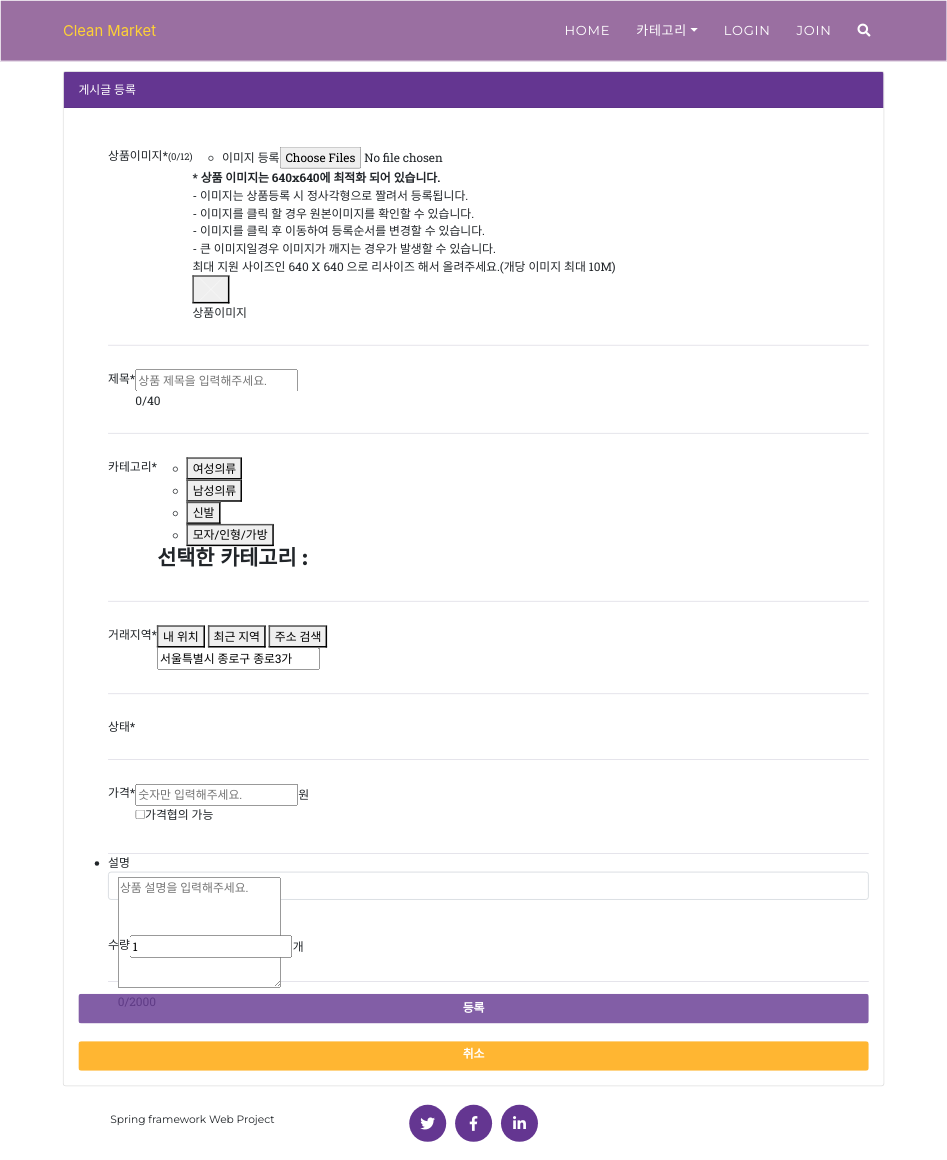
Repository: mim-mim-ji/Cleanmarket_web
Page: http://localhost/CleanMarket/WEB-INF/views/item/write.jsp
These files come from the project's save history. The page is drawn as it stood at one moment and after the next save; the edit follows.
The browser window is 1280 px wide. The pictures show the whole page, at 74% of full size.
Some web fonts or font styles are not loaded; a fallback is used. The page is served by Tomcat 9. Nobody is signed in. Other server files are loaded and not shown. The template is opened directly, without the code that normally fills it, so the values that code supplies are empty.

Above is the page before, as saved 2021-03-21 01:49:44.

### CleanMarket/src/main/webapp/WEB-INF/views/item/write.jsp
<%@ page language="java" contentType="text/html; charset=UTF-8"
	pageEncoding="UTF-8"%>
<%@ taglib prefix="c" uri="http://java.sun.com/jsp/jstl/core"%>
<%@ taglib prefix="fmt" uri="http://java.sun.com/jsp/jstl/fmt"%>
<jsp:include page="../include/header.jsp" />

<style>
header.masthead {
	display: none;
}

.bphXry {
	width: 100%;
	display: flex;
	padding: 2rem 0px;
	border-bottom: 1px solid rgb(220, 219, 228);
}
</style>
<br>
<br>

<div class="container">
	<div class="row">
		<div class="col-lg-12">
			<div class="card">
				<div class="card-header text-white"
					style="background-color: #643691;">게시글 등록</div>
				<div class="card-body">

					<form role="form" method="post">
						<ul class="form-group">
							<li class="sc-gxbSSY bphXry">
								<div class="form-group">
									상품이미지<span>*</span><small>(0/12)</small>
								</div>
								<div class="sc-hhaNoI buTCOV">
									<ul class="sc-gKLXLV KuQhq">
										<li class="sc-bvCTgw erFeQZ">이미지 등록<input type="file"
											accept="image/jpg, image/jpeg, image/png" multiple=""></li>

									</ul>
									<div class="sc-fjdPjP iozzGC">
										<b>* 상품 이미지는 640x640에 최적화 되어 있습니다.</b><br>- 이미지는 상품등록 시
										정사각형으로 짤려서 등록됩니다.<br>- 이미지를 클릭 할 경우 원본이미지를 확인할 수 있습니다.<br>-
										이미지를 클릭 후 이동하여 등록순서를 변경할 수 있습니다.<br>- 큰 이미지일경우 이미지가 깨지는
										경우가 발생할 수 있습니다.<br>최대 지원 사이즈인 640 X 640 으로 리사이즈 해서
										올려주세요.(개당 이미지 최대 10M)
									</div>
									<div class="sc-cIShpX RfNBn">
										<div class="sc-kAKrxA YsblG">
											<button type="button" class="sc-lhLRcH fHQqnG">
												<img
													src="data:[embedded picture, 982 characters]"
													width="34" height="32" alt="닫기 버튼 아이콘">
											</button>
											<div class="sc-jMtzgO hudRNW">
												<div class="sc-ccvjgv bGmXLy">상품이미지</div>
												<div class="sc-ccbnFN fgfXKY"></div>
												<div class="sc-hSmEHG iwDjAi"></div>
											</div>
										</div>
									</div>
								</div>
							</li>
							<li class="sc-gxbSSY bphXry"><div class="sc-bXopBW gxnpCB">
									제목<span>*</span>
								</div>
								<div class="sc-hhaNoI buTCOV">
									<div class="sc-hokXgN hcrSpf">
										<div class="sc-gneEKw dBgbVT">
											<input type="text" placeholder="상품 제목을 입력해주세요."
												class="sc-fxmata iPXQwc" value="">
										</div>
										<div class="sc-boCWhm hBajsm">0/40</div>
									</div>
								</div></li>
							<li class="sc-gxbSSY bphXry"><div class="sc-bXopBW DTAYM">
									카테고리<span>*</span>
								</div>
								<div class="sc-hhaNoI buTCOV">
									<div class="sc-hXhGGG XXBMH">
										<div class="sc-hTQSVH fXYJYf">
											<ul class="sc-dWcDbm hRPYLZ">
												<li class="sc-esExBO bmEHfy"><button type="button"
														class="sc-ctwKVn dPmldx">여성의류</button></li>
												<li class="sc-esExBO bmEHfy"><button type="button"
														class="sc-ctwKVn dPmldx">남성의류</button></li>
												<li class="sc-esExBO bmEHfy"><button type="button"
														class="sc-ctwKVn dPmldx">신발</button></li>
												<li class="sc-esExBO bmEHfy"><button type="button"
														class="sc-ctwKVn dPmldx">모자/인형/가방</button></li>
											</ul>
										</div>
									</div>
									<h3 class="sc-csZoYU ljyWET">
										선택한 카테고리 : <b></b>
									</h3>
								</div></li>
							<li class="sc-gxbSSY bphXry"><div class="sc-bXopBW gxnpCB">
									거래지역<span>*</span>
								</div>
								<div class="sc-hhaNoI buTCOV">
									<div class="sc-cIsjWt etcNyM">
										<button type="button" class="sc-hQfrgq hHQBYf">내 위치</button>
										<button type="button" class="sc-hQfrgq hHQBYf">최근 지역</button>
										<button type="button" class="sc-hQfrgq hHQBYf">주소 검색</button>
									</div>
									<input readonly="" placeholder="선호 거래 지역을 검색해주세요."
										class="sc-OnmeF jNsyep" value="서울특별시 종로구 종로3가">
								</div></li>
							<li class="sc-gxbSSY bphXry"><div class="sc-bXopBW drMtcr">
									상태<span>*</span>
								</div>
							<li class="sc-gxbSSY bphXry"><div class="sc-bXopBW gxnpCB">
									가격<span>*</span>
								</div>
								<div class="sc-hhaNoI buTCOV">
									<div class="sc-fxMfqs hGKuJO">
										<input type="text" placeholder="숫자만 입력해주세요."
											class="sc-rzOft lfkNaQ" value="">원
									</div>
									<div class="sc-eIvgmF fxEngV">
										<div class="sc-jklikK htQzEY">
											<label for="contactHope" class="sc-bkypNX gHNpNK"><input
												id="contactHope" type="checkbox">가격협의 가능</label>
										</div>
									</div>
								</div></li>
							<li class="form-group"><div class="">설명</div>
								<div class="form-control">
									<textarea placeholder="상품 설명을 입력해주세요." rows="6"
										class="sc-izfUZz eEjZnV"></textarea>
									<div class="sc-eqGige gTqRab">
										<div class="sc-kUQWMX giYAKW">0/2000</div>
									</div>
								</div></li>

							<li class="sc-gxbSSY bphXry"><div class="sc-bXopBW drMtcr">수량</div>
								<div class="sc-hhaNoI buTCOV">
									<div class="sc-bCQtTp iMJgK">
										<input type="text" class="sc-dcmekm efHtaL" value="1">개
									</div>
								</div></li>
						</ul>
						<input type="submit" value="등록" class="btn form-control"
							style="background-color: #643691; margin-top: 0; height: 40px; color: white; border: 0px solid #f78f24; opacity: 0.8">
						&nbsp;&nbsp; <a class="btn form-control"
							href="<c:url value='/board/list'/>"
							style="cursor: pointer; margin-top: 0; height: 40px; color: white; background-color: orange; border: 0px solid #388E3C; opacity: 0.8">취소</a>
					</form>
				</div>
			</div>
		</div>
	</div>
</div>
<jsp:include page="../include/footer.jsp" />

### CleanMarket/src/main/webapp/WEB-INF/views/include/header.jsp
<%@ page language="java" contentType="text/html; charset=UTF-8"
	pageEncoding="UTF-8"%>
<%@ taglib prefix="c" uri="http://java.sun.com/jsp/jstl/core"%>
<!DOCTYPE html>
<html lang="ko">
<head>

<meta charset="UTF-8">
<meta content="width=device-width, initial-scale=1.0" name="viewport">
<meta content="" name="description">
<meta content="" name="keywords">

<title>CleanMarket</title>


<!-- Bootstrap core CSS -->
  <link rel="stylesheet" href="<c:url value='/vendor/bootstrap/css/bootstrap.min.css'/>">

  <!-- Custom fonts for this template -->
  <link rel="stylesheet" type="text/css" href="<c:url value='/vendor/fontawesome-free/css/all.min.css'/>" >
  <link href="https://fonts.googleapis.com/css?family=Montserrat:400,700" rel="stylesheet" type="text/css">
  <link href='https://fonts.googleapis.com/css?family=Kaushan+Script' rel='stylesheet' type='text/css'>
  <link href='https://fonts.googleapis.com/css?family=Droid+Serif:400,700,400italic,700italic' rel='stylesheet' type='text/css'>
  <link href='https://fonts.googleapis.com/css?family=Roboto+Slab:400,100,300,700' rel='stylesheet' type='text/css'>

  <!-- Custom styles for this template -->
  <link rel="stylesheet" href="<c:url value='/css/agency.min.css'/>" >

  <!-- Bootstrap core JavaScript -->
  <script src="<c:url value='/vendor/jquery/jquery.min.js'/>"></script>
  <script src="<c:url value='/vendor/bootstrap/js/bootstrap.bundle.min.js'/>"></script>


  <!-- Plugin JavaScript -->
  <script src="<c:url value='/vendor/jquery-easing/jquery.easing.min.js'/>"></script>
  <script type="text/javascript" src="https://cdn.jsdelivr.net/jquery.validation/1.16.0/jquery.validate.min.js"></script>

  <!-- Contact form JavaScript -->
  <script src="<c:url value='/js/jqBootstrapValidation.js'/>"></script>

</head>

<body id="page-top">


	<!-- Navigation -->
  <nav class="navbar navbar-expand-lg navbar-light fixed-top" id="mainNav">
    <div class="container">
      <a class="navbar-brand" href="/cleanmarket">
      	Clean Market
      </a>
      <button class="navbar-toggler navbar-toggler-right" type="button" data-toggle="collapse" data-target="#navbarResponsive">
        메뉴
        <i class="fas fa-bars"></i>
      </button>

      <div class="collapse navbar-collapse" id="navbarResponsive">
        <ul class="navbar-nav text-uppercase ml-auto">
          <li class="nav-item">
            <a class="nav-link js-scroll-trigger" href="/cleanmarket">HOME</a>
          </li>

          <li class="nav-item dropdown">
            <a class="nav-link js-scroll-trigger dropdown-toggle"  data-toggle="dropdown">카테고리</a>
            <div class="dropdown-menu" id="category-select">
		        <input type="button"  name="category" value="여성의류" class="dropdown-item dropdown-toggle" data-toggle="dropdown">

		        <input type="button"  name="category" value="남성의류" class="dropdown-item dropdown-toggle" data-toggle="dropdown">

		        <input type="button"  name="category" value="신발" class="dropdown-item dropdown-toggle" data-toggle="dropdown">

		        <input type="button"  name="category" value="모자/인형/가방" class="dropdown-item dropdown-toggle" data-toggle="dropdown">

		    </div>
          </li>
          <c:if test="${login == null}" >
          	<li class="nav-item">
            	<a class="nav-link js-scroll-trigger" href="<c:url value='/login' />">LOGIN</a>
         	</li>
          </c:if>
          <c:if test="${login == null}" >
          	<li class="nav-item">
            	<a class="nav-link js-scroll-trigger" href="<c:url value='/join_type_select' />">JOIN</a>
          	</li>
          </c:if>
          <c:if test="${login != null}" >
	          <li class="nav-item">
	            <a class="nav-link js-scroll-trigger" href="<c:url value='/mypage'/>">MYPAGE</a>
	          </li>
	          <li class="nav-item">
	            <a class="nav-link js-scroll-trigger" href="/cleanmarket/logout" onclick="return confirm('로그아웃 하시겠습니까?')">LOGOUT</a>
	          </li>
	          <li class="nav-item">
	            <a class="nav-link js-scroll-trigger" href="#">NOTICE</a>
	          </li>
	          <li class="nav-item">
          </c:if>
          <li class="nav-item">
            <a class="nav-link js-scroll-trigger" data-toggle="modal" data-target="#search"><i class="fas fa-search"></i></a>
          </li>

        </ul>
      </div>
    </div>
  </nav><br><br>

  <script>
  		$(function() {

  			//카테고리 버튼 눌렀을 때 처리
  			$("#category-select .dropdown-toggle").click(function() {
  				let category = $(this).val();
  				location.href="/cleanmarket/item/category?category=" + category;
  			});
		})

  </script>

  <%@ include file="../include/search_modal.jsp" %>

### CleanMarket/src/main/webapp/WEB-INF/views/include/search_modal.jsp
<%@ page language="java" contentType="text/html; charset=UTF-8"
	pageEncoding="UTF-8"%>
<%@ taglib prefix="c" uri="http://java.sun.com/jsp/jstl/core"%>
<%@ taglib prefix="fmt" uri="http://java.sun.com/jsp/jstl/fmt"%>

<!-- 검색 Modal-->
<div class="modal fade" id="search">
	<div class="modal-dialog">
		<div class="modal-content" >
			<form action="<c:url value='/search' />">
				<input type="text" name="keyword" placeholder="검색어를 입력하세요"
				style="width: 90%; padding-left: 10px; height: 50px"> &nbsp;
				<button type="submit" style="background: transparent; border: none">
					<i class="fas fa-search" id="search-btn" style="height: 30px; color: green; "></i>
				</button>
			</form>
		</div>
	</div>
</div>

### CleanMarket/src/main/webapp/WEB-INF/views/include/footer.jsp
<%@ page language="java" contentType="text/html; charset=UTF-8"
	pageEncoding="UTF-8"%>
<!-- Footer -->
  <footer>
    <div class="container">
      <div class="row">
        <div class="col-md-4">
          <span class="copyright">Spring framework Web Project</span>
        </div>
        <div class="col-md-4">
          <ul class="list-inline social-buttons">
            <li class="list-inline-item">
              <a href="#" style="background-color: #643691;">
                <i class="fab fa-twitter"></i>
              </a>
            </li>
            <li class="list-inline-item">
              <a href="#" style="background-color: #643691;">
                <i class="fab fa-facebook-f"></i>
              </a>
            </li>
            <li class="list-inline-item">
              <a href="#" style="background-color: #643691;">
                <i class="fab fa-linkedin-in"></i>
              </a>
            </li>
          </ul>
        </div>
      </div>
    </div>
  </footer>

<a href="#" class="back-to-top"><i class="icofont-simple-up"></i></a>

</body>
</html>

Loaded but not shown: CleanMarket/src/main/webapp/resources/css/agency.min.css (library); CleanMarket/src/main/webapp/resources/js/jqBootstrapValidation.js (937 lines, source omitted)

After the next save:
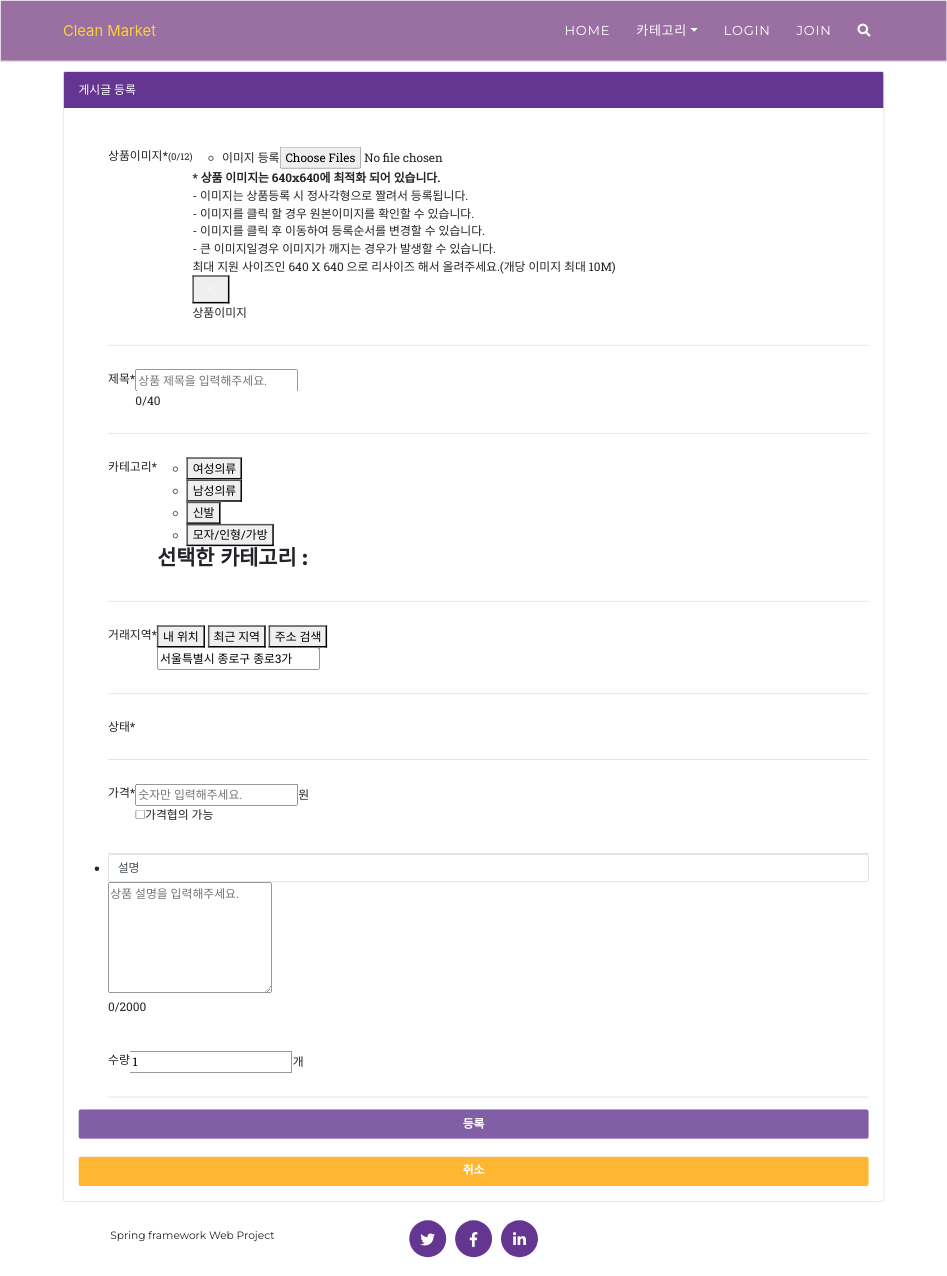
Saved 14 s later.
--- a/CleanMarket/src/main/webapp/WEB-INF/views/item/write.jsp
+++ b/CleanMarket/src/main/webapp/WEB-INF/views/item/write.jsp
@@ -126,8 +126,8 @@ header.masthead {
 										</div>
 									</div>
 								</div></li>
-							<li class="form-group"><div class="">설명</div>
-								<div class="form-control">
+							<li class="form-group"><div class="form-control">설명</div>
+								<div class="">
 									<textarea placeholder="상품 설명을 입력해주세요." rows="6"
 										class="sc-izfUZz eEjZnV"></textarea>
 									<div class="sc-eqGige gTqRab">
